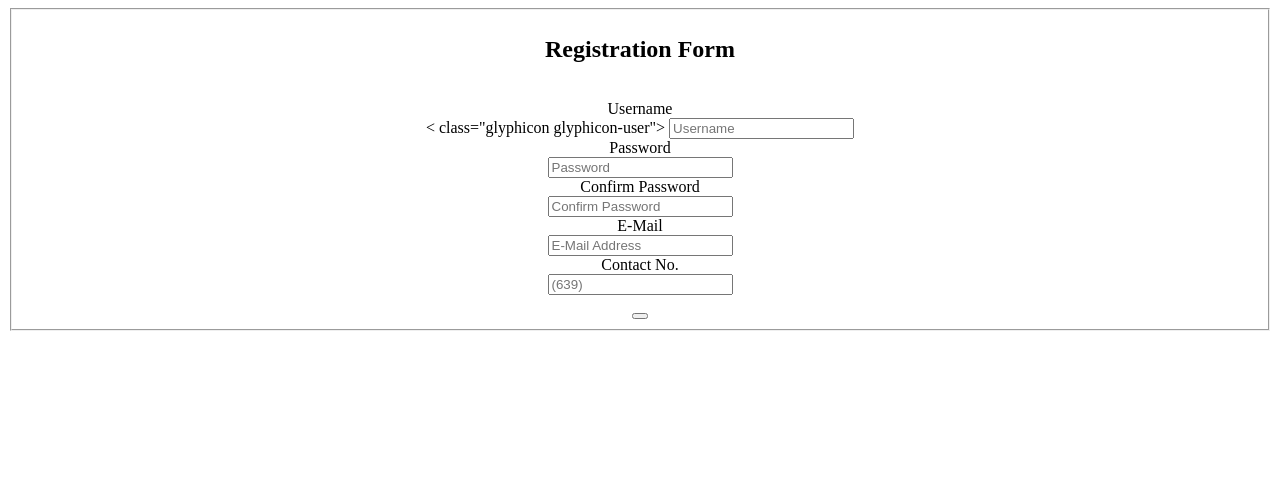
Repository: ashwinipatil321/ServletPrograms
Page: http://localhost/loginAndRegisterServlet/Register1.jsp
An editor plug-in stored every save of this project. The page is shown before and after the next save, followed by the edit.
The browser window is 1280 px wide. The pictures show the whole page.
The page is served by Tomcat 9. Nobody is signed in. The application's start-up code is not run.

Above is the page before, as saved 2017-11-07 09:52:20.
Console error: ReferenceError: $ is not defined

After the next save:
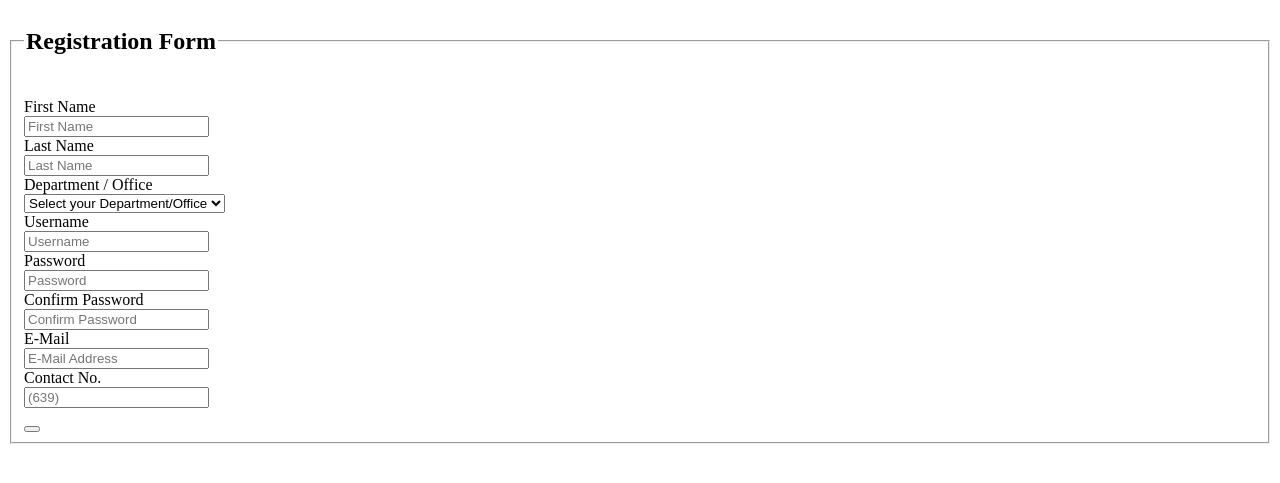
Saved 70 s later.
--- a/loginAndRegisterServlet/WebContent/Register1.jsp
+++ b/loginAndRegisterServlet/WebContent/Register1.jsp
@@ -126,9 +126,52 @@
 <fieldset>
 
 <!-- Form Name -->
-<center>
+<legend><center><h2><b>Registration Form</b></h2></center></legend><br>
+
+<!-- Text input-->
+
+<div class="form-group">
+  <label class="col-md-5 control-label">First Name</label>
+  <div class="col-md-7 inputGroupContainer">
+  <div class="input-group">
+  <span class="input-group-addon"><i class="glyphicon glyphicon-user"></i></span>
+  <input  name="first_name" placeholder="First Name" class="form-control"  type="text">
+    </div>
+  </div>
+</div>
+
+<!-- Text input-->
+
+<div class="form-group">
+  <label class="col-md-4 control-label" >Last Name</label>
+    <div class="col-md-4 inputGroupContainer">
+    <div class="input-group">
+  <span class="input-group-addon"><i class="glyphicon glyphicon-user"></i></span>
+  <input name="last_name" placeholder="Last Name" class="form-control"  type="text">
+    </div>
+  </div>
+</div>
+
   <div class="form-group">
-<legend><center><h2><b>Registration Form</b></h2></center></legend><br>
+  <label class="col-md-4 control-label">Department / Office</label>
+    <div class="col-md-4 selectContainer">
+    <div class="input-group">
+        <span class="input-group-addon"><i class="glyphicon glyphicon-list"></i></span>
+    <select name="department" class="form-control selectpicker">
+      <option value="">Select your Department/Office</option>
+      <option>Department of Engineering</option>
+      <option>Department of Agriculture</option>
+      <option >Accounting Office</option>
+      <option >Tresurer's Office</option>
+      <option >MPDC</option>
+      <option >MCTC</option>
+      <option >MCR</option>
+      <option >Mayor's Office</option>
+      <option >Tourism Office</option>
+    </select>
+  </div>
+</div>
+</div>
 
 <!-- Text input-->
 
@@ -136,7 +179,7 @@
   <label class="col-md-4 control-label">Username</label>
   <div class="col-md-4 inputGroupContainer">
   <div class="input-group">
-  <span class="input-group-addon">< class="glyphicon glyphicon-user"></i></span>
+  <span class="input-group-addon"><i class="glyphicon glyphicon-user"></i></span>
   <input  name="user_name" placeholder="Username" class="form-control"  type="text">
     </div>
   </div>
@@ -145,7 +188,7 @@
 <!-- Text input-->
 
 <div class="form-group">
-  <label class="col-md-8control-label" >Password</label>
+  <label class="col-md-4 control-label" >Password</label>
     <div class="col-md-4 inputGroupContainer">
     <div class="input-group">
   <span class="input-group-addon"><i class="glyphicon glyphicon-user"></i></span>
@@ -208,5 +251,4 @@
 </div>
     </div><!-- /.container -->
 </body>
-</center>
 </html>
